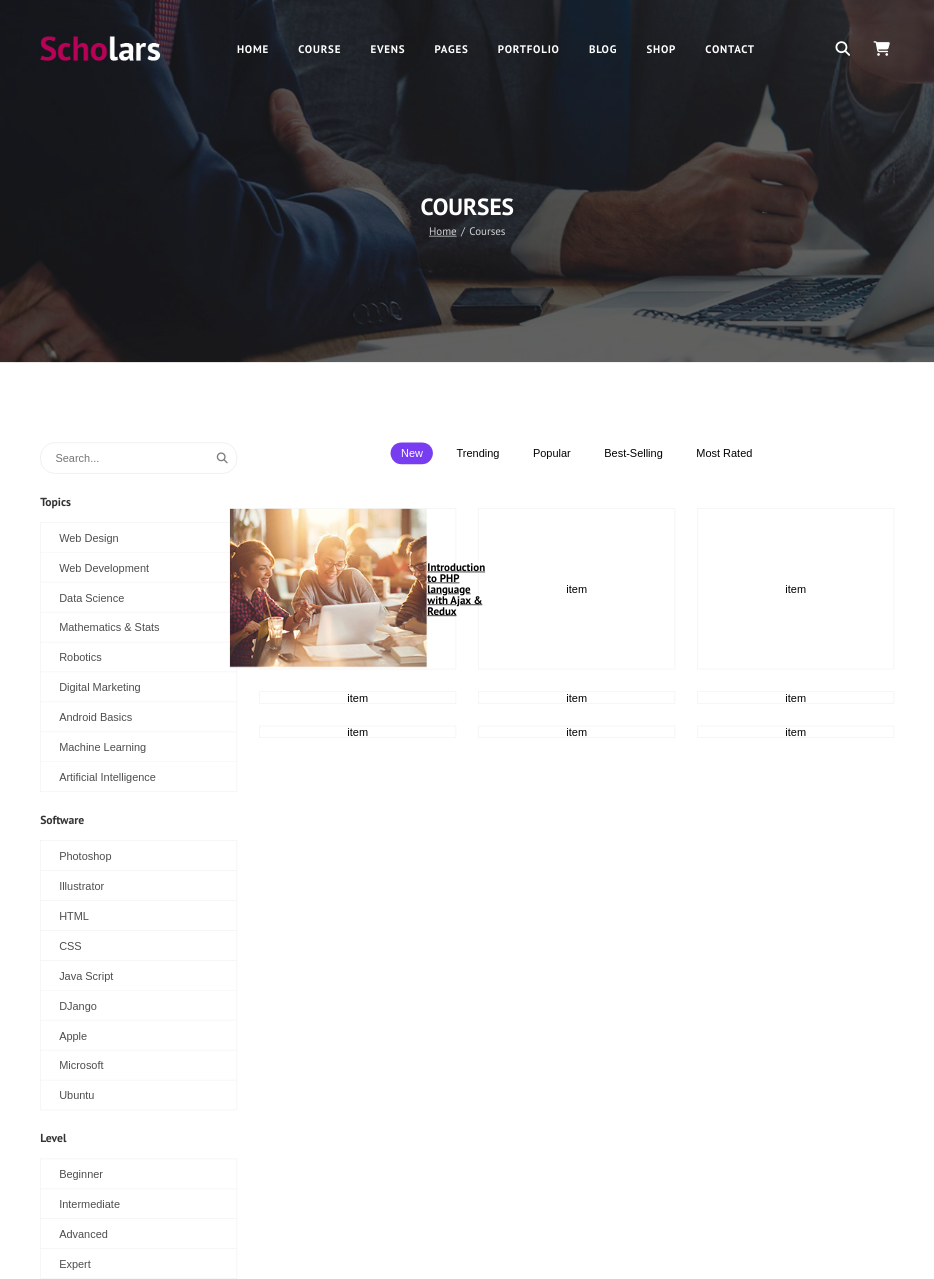
Repository: lannguyen1301/f8-zoom-day-7
Page: index.html
These files come from the project's save history. The page is drawn as it stood at one moment and after the next save; the edit follows.
The browser window is 1280 px wide. The pictures show the whole page, at 73% of full size.
Some web fonts or font styles are not loaded; a fallback is used.

Above is the page before, as saved 2025-04-25 06:13:22.

### index.html
<!DOCTYPE html>
<html lang="en">

<head>
    <meta charset="UTF-8">
    <meta name="viewport" content="width=device-width, initial-scale=1.0">
    <title>Scholars - Education, University & LMS HTML Template</title>

    <!-- Styles -->
    <link rel="stylesheet" href="./assets/css/reset.css">
    <link rel="stylesheet" href="./assets/css/style.css">

    <!-- Icon Font Awesome -->
    <link rel="stylesheet" href="https://cdnjs.cloudflare.com/ajax/libs/font-awesome/6.7.2/css/all.min.css"
        integrity="sha512-Evv84Mr4kqVGRNSgIGL/F/aIDqQb7xQ2vcrdIwxfjThSH8CSR7PBEakCr51Ck+w+/U6swU2Im1vVX0SVk9ABhg=="
        crossorigin="anonymous" referrerpolicy="no-referrer" />

    <!-- Font -->
    <link rel="preconnect" href="https://fonts.googleapis.com">
    <link rel="preconnect" href="https://fonts.gstatic.com" crossorigin>

    <link
        href="https://fonts.googleapis.com/css2?family=PT+Sans:ital,wght@0,400;0,700;1,400;1,700&family=Source+Sans+3:ital,wght@0,200..900;1,200..900&display=swap"
        rel="stylesheet">
</head>

<body>
    <div class="wrapper">
        <!-- Start header wrapper -->
        <div class="header-wrapper">
            <div class="inner">
                <div class="container header-container">
                    <!-- Start Header -->
                    <div class="header">
                        <!-- logo -->
                        <a href="./">
                            <img src="./assets/img/logo/logo.png" alt="Scholars Logo" class="header-logo">
                        </a>

                        <!-- Start Navigation -->
                        <ul class="nav">
                            <li class="item">
                                <a href="#!" class="link">Home</a>
                            </li>
                            <li class="item">
                                <a href="#!" class="link">Course</a>
                            </li>
                            <li class="item">
                                <a href="#!" class="link">Evens</a>
                            </li>
                            <li class="item">
                                <a href="#!" class="link">pages</a>
                            </li>
                            <li class="item">
                                <a href="#!" class="link">Portfolio</a>
                            </li>
                            <li class="item">
                                <a href="#!" class="link">Blog</a>
                            </li>
                            <li class="item">
                                <a href="#!" class="link">Shop</a>
                            </li>
                            <li class="item">
                                <a href="#!" class="link">Contact</a>
                            </li>
                        </ul>
                        <!-- End Navigation -->

                        <!-- User action -->
                        <div class="action-wrapper">
                            <button class="action-btn">
                                <i class="fa-solid fa-magnifying-glass"></i>
                            </button>
                            <button class="action-btn">
                                <i class="fa-solid fa-cart-shopping"></i>
                            </button>
                        </div>
                    </div>
                    <!-- End Header -->

                    <!-- Start Header Content -->
                    <div class="header-content">
                        <h1 class="heading">COURSES</h1>
                        <ul class="breadcrumb">
                            <li>
                                <a href="#!">Home</a>
                            </li>
                            <li>Courses</li>
                        </ul>
                    </div>
                    <!-- End Header Content -->
                </div>
            </div>
        </div>
        <!-- End header wrapper -->

        <!-- Start main -->
        <div class="main">
            <div class="container">
                <div class="inner">
                    <!-- Start sidebar -->
                    <div class="sidebar">
                        <!-- Start search form -->
                        <form action="" class="search-form" autocomplete="off">
                            <input type="text" name="" id="" placeholder="Search..." spellcheck="false"
                                class="search-input">
                            <button class="search-btn">
                                <i class="fa-solid fa-magnifying-glass"></i>
                            </button>
                        </form>
                        <!-- End search form -->

                        <!-- Start sidebar menu -->
                        <h2 class="menu-title">
                            Topics
                        </h2>
                        <ul class="menu">
                            <li>
                                <a href="#!">Web Design</a>
                            </li>
                            <li>
                                <a href="#!">Web Development</a>
                            </li>
                            <li>
                                <a href="#!">Data Science</a>
                            </li>
                            <li>
                                <a href="#!">Mathematics & Stats</a>
                            </li>
                            <li>
                                <a href="#!">Robotics</a>
                            </li>
                            <li>
                                <a href="#!">Digital Marketing</a>
                            </li>
                            <li>
                                <a href="#!">Android Basics</a>
                            </li>
                            <li>
                                <a href="#!">Machine Learning</a>
                            </li>
                            <li>
                                <a href="#!">Artificial Intelligence</a>
                            </li>
                        </ul>

                        <h2 class="menu-title">
                            Software
                        </h2>
                        <ul class="menu">
                            <li>
                                <a href="#!">Photoshop</a>
                            </li>
                            <li>
                                <a href="#!">Illustrator</a>
                            </li>
                            <li>
                                <a href="#!">HTML</a>
                            </li>
                            <li>
                                <a href="#!">CSS</a>
                            </li>
                            <li>
                                <a href="#!">Java Script</a>
                            </li>
                            <li>
                                <a href="#!">DJango</a>
                            </li>
                            <li>
                                <a href="#!">Apple</a>
                            </li>
                            <li>
                                <a href="#!">Microsoft</a>
                            </li>
                            <li>
                                <a href="#!">Ubuntu</a>
                            </li>
                        </ul>

                        <h2 class="menu-title">
                            Level
                        </h2>
                        <ul class="menu">
                            <li>
                                <a href="#!">Beginner</a>
                            </li>
                            <li>
                                <a href="#!">Intermediate</a>
                            </li>
                            <li>
                                <a href="#!">Advanced</a>
                            </li>
                            <li>
                                <a href="#!">Expert</a>
                            </li>
                        </ul>
                        <!-- End sidebar menu -->
                    </div>
                    <!-- End sidebar -->

                    <!-- Start main content -->
                    <div class="main-content">
                        <!-- Start topics -->
                        <ul class="topics">
                            <li class="active">
                                <a href="#!">New</a>
                            </li>
                            <li>
                                <a href="#!">Trending</a>
                            </li>
                            <li>
                                <a href="#!">Popular</a>
                            </li>
                            <li>
                                <a href="#!">Best-Selling</a>
                            </li>
                            <li>
                                <a href="#!">Most Rated</a>
                            </li>
                        </ul>
                        <!-- End topics -->

                        <!-- Start Courses lisst -->
                        <div class="courses-list">
                            <div class="courses-item">
                                <a href="#!">
                                    <img src="./assets/img/courses-img/course-1.jpg" alt="" class="course-thumb">
                                </a>
                                <div class="course-info">
                                    <h3 class="course-title">
                                        <a href="#!">Introduction to PHP language with Ajax & Redux</a>
                                    </h3>
                                </div>
                            </div>
                            <div class="courses-item">item</div>
                            <div class="courses-item">item</div>
                            <div class="courses-item">item</div>
                            <div class="courses-item">item</div>
                            <div class="courses-item">item</div>
                            <div class="courses-item">item</div>
                            <div class="courses-item">item</div>
                            <div class="courses-item">item</div>
                        </div>
                        <!-- End Courses lisst -->
                    </div>
                    <!-- End main content -->
                </div>
            </div>
        </div>
        <!-- End main -->
    </div>

</body>

</html>

### assets/css/style.css
*,
::before,
::after {
    box-sizing: border-box;
}

:root {
    --heading-font: "PT Sans", sans-serif;
    --black: #000;
    --white: #fff;
    --primary: #b80257;
    --secondary: #783df0;
}

html {
    font-size: 62.5%;
}

body {
    scroll-behavior: smooth;
    font-family: "Source Sans 3", sans-serif;
    font-size: 1.5rem;
}

h1,
h2,
h3,
h4,
h5,
h6 {
    font-family: var(--heading-font);
    font-weight: 700;
}

input,
button {
    border: none;
    outline: none;
    background: transparent;
    cursor: pointer;
}

a,
img,
button,
input,
textarea,
select {
    font-size: inherit;
    font-family: inherit;
    color: inherit;
    -webkit-tap-highlight-color: transparent;
    /**
        Thuộc tính -webkit-tap-highlight-color được sử dụng trong CSS
        để kiểm soát hiệu ứng highlight (màu nhấp nháy) khi người dùng chạm vào
        một phần tử trên các thiết bị di động sử dụng trình duyệt WebKit (Safari, Chrome trên iOS).
    **/
}

.container {
    width: 1170px;
    max-width: 100%;
    margin: 0 auto;
}

/* Start header wrapper */
.header-wrapper {
    display: flex;
    width: 100%;
    min-height: 496px;
    background-image: url(../img/banner/banner-2.jpg);
    background-repeat: no-repeat;
    background-size: cover;
    background-position: center;
}

.header-wrapper .inner {
    display: flex;
    width: 100%;
    background: rgba(0, 0, 0, 0.6);
}

.header-container {
    display: flex;
    flex-direction: column;
}

.header {
    display: flex;
    align-items: center;
    justify-content: space-between;
    padding-top: 40px;
}

.header-content {
    display: flex;
    flex-direction: column;
    align-items: center;
    justify-content: center;
    gap: 10px;
    flex-grow: 1;
    color: var(--white);
}

.header .nav {
    display: flex;
}

.nav a {
    display: inline-block;
    padding: 20px;
    color: var(--white);
    text-transform: uppercase;
    text-decoration: none;
    font-family: var(--heading-font);
    font-weight: 700;
    font-size: 1.5rem;
    letter-spacing: 1.1px;
}

.action-wrapper {
    display: flex;
    align-items: center;
    justify-content: center;
    gap: 20px;
}

.action-btn {
    font-size: 2rem;
    color: var(--white);
}

h1.heading {
    font-size: 3.2rem;
}

.breadcrumb {
    display: flex;
    font-family: var(--heading-font);
    font-size: 1.5rem;
    color: #fffc;
}

.breadcrumb li + li::before {
    content: "/";
    padding: 0 6px;
}

/* Start main */
.main {
    margin-top: 110px;
}

.main .inner {
    display: flex;
    gap: 30px;
}

/* Start sidebar */
.sidebar {
    width: 270px;
}

.search-form {
    display: flex;
    align-items: center;
    height: 43px;
    border: 1px solid #00000017;
    border-radius: 20px;
    overflow: hidden;
}

.search-input {
    flex-grow: 1;
    padding-left: 20px;
}

.search-input:not(:placeholder-shown) + .search-btn {
    color: #333;
}

.search-btn {
    padding: 0 20px;
    /* height: 100%; */
    align-self: stretch;
    color: #00000080;
}

.menu-title {
    margin-top: 30px;
    color: #333;
    font-size: 1.6rem;
}

ul.menu {
    margin-top: 20px;
    border: 1px solid #0000000d;
}

ul.menu li + li {
    border-top: 1px solid #0000000d;
}

.menu a {
    display: flex;
    align-items: center;
    height: 40px;
    padding: 0 25px;
    color: #000000b3;
    text-decoration: none;
}

.menu a:hover {
    color: var(--secondary);
}

.main .main-content {
    flex-grow: 1;
}

/* Topics */
.topics {
    display: flex;
    gap: 18px;
    justify-content: center;
}

.topics a {
    display: inline-block;
    height: 30px;
    padding: 0 14px;
    border-radius: 999px;
    text-decoration: none;
    line-height: 30px;
}

.topics .active a,
.topics a:hover {
    background: var(--secondary);
    /* border-radius: 999px; */
    color: var(--white);
}

/* Courses list */
.courses-list {
    --columns: 3;
    --spacing: 30px;

    display: flex;
    flex-wrap: wrap;
    row-gap: var(--spacing);
    margin-top: 60px;
    margin-left: calc(-1 * var(--spacing));
}

.courses-item {
    display: flex;
    align-items: center;
    justify-content: center;
    width: calc(100% / var(--columns) - var(--spacing));
    margin-left: var(--spacing);
    border: 1px solid #0000000d;
}

Loaded but not shown: assets/css/reset.css (common file)

After the next save:
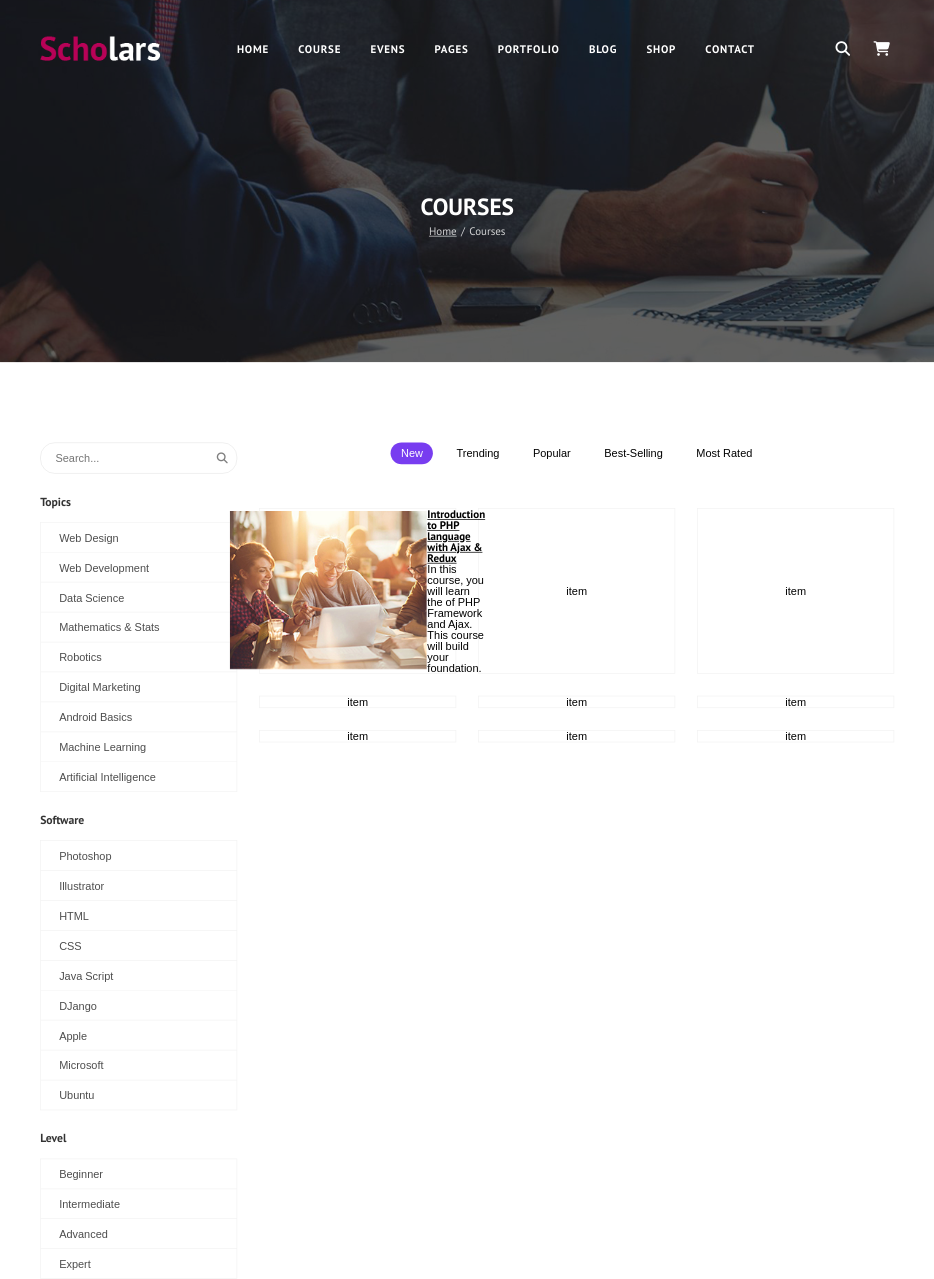
Saved 35 s later.
--- a/index.html
+++ b/index.html
@@ -230,6 +230,10 @@
                                     <h3 class="course-title">
                                         <a href="#!">Introduction to PHP language with Ajax & Redux</a>
                                     </h3>
+                                    <p class="course-desc">
+                                        In this course, you will learn the of PHP Framework and Ajax. This course will
+                                        build your foundation.
+                                    </p>
                                 </div>
                             </div>
                             <div class="courses-item">item</div>
